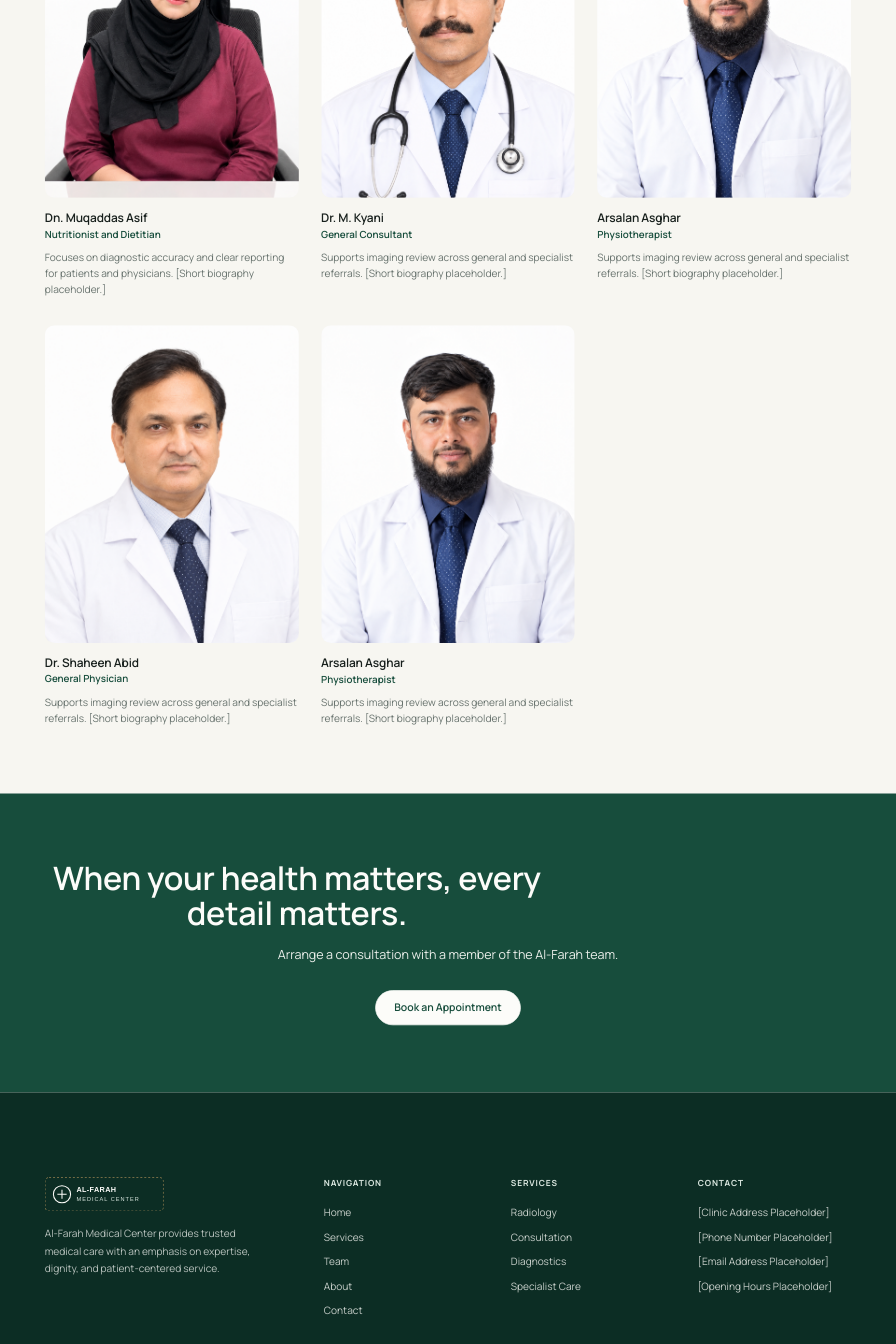
Repository: mraeesaziz45/al-farah
Page: team.html
These files come from the project's save history. The page is drawn as it stood at one moment and after a run of saves; the edit follows.
The browser window is 1280 px wide. The pictures show the part of the page from y = 3911 to 5831 px (the page is 5934 px tall), at 70% of full size.

Above is the page before, as saved 2026-09-08 18:08:04.

### team.html
<!DOCTYPE html>
<html lang="en">
<head>
<meta charset="UTF-8">
<meta name="viewport" content="width=device-width, initial-scale=1.0">
<title>Team — Al-Farah Medical Center</title>
<meta name="description" content="Meet the physicians and staff of Al-Farah Medical Center, led by our Founder and Director.">
<meta property="og:title" content="Team — Al-Farah Medical Center">
<meta property="og:description" content="The people behind the care.">
<meta property="og:type" content="website">
<link rel="preconnect" href="https://fonts.googleapis.com">
<link rel="preconnect" href="https://fonts.gstatic.com" crossorigin>
<link href="https://fonts.googleapis.com/css2?family=Manrope:wght@400;500;600;700&family=DM+Serif+Display:ital@0;1&display=swap" rel="stylesheet">
<link rel="stylesheet" href="css/style.css">
</head>
<body>
<a href="#main" class="skip-link">Skip to content</a>

<header class="site-header">
  <div class="container header-inner">
    <a href="index.html" class="logo-link">
      <img src="assets/logo/logo-placeholder.svg" alt="Al-Farah Medical Center" width="180" height="52">
    </a>
    <nav class="main-nav" aria-label="Primary">
      <a href="index.html">Home</a>
      <a href="services.html">Services</a>
      <a href="team.html" aria-current="page">Team</a>
      <a href="about.html">About</a>
      <a href="contact.html">Contact</a>
    </nav>
    <div class="header-actions">
      <a href="contact.html" class="btn btn-primary header-cta-desktop">Book an Appointment</a>
      <button class="menu-toggle" aria-expanded="false" aria-controls="mobileMenu" aria-label="Open menu">
        <span class="bar"></span>
      </button>
    </div>
  </div>
</header>

<div class="mobile-menu" id="mobileMenu">
  <div class="mobile-menu-top">
    <img src="assets/logo/logo-placeholder.svg" alt="Al-Farah Medical Center" width="150" height="44">
    <button class="mobile-menu-close" aria-label="Close menu">
      <svg viewBox="0 0 24 24" fill="none" stroke="currentColor" stroke-width="1.6"><line x1="5" y1="5" x2="19" y2="19"/><line x1="19" y1="5" x2="5" y2="19"/></svg>
    </button>
  </div>
  <nav class="mobile-nav" aria-label="Mobile">
    <a href="index.html">Home</a>
    <a href="services.html">Services</a>
    <a href="team.html" aria-current="page">Team</a>
    <a href="about.html">About</a>
    <a href="contact.html">Contact</a>
  </nav>
  <div class="mobile-menu-cta">
    <a href="contact.html" class="btn btn-primary">Book an Appointment</a>
  </div>
</div>

<main id="main">

  <section class="page-hero dark bg-forest-deep">
    <div class="container">
      <p class="eyebrow" data-reveal>Our People</p>
      <h1 class="page-heading h1" data-reveal>The people behind the care.</h1>
      <p class="body-lg" data-reveal>Al-Farah is led by a small team of physicians and support staff who work together across consultation, diagnostics, and follow-up.</p>
    </div>
  </section>

  <section class="bg-white">
    <div class="container">
      <div class="team-feature">
        <div class="team-feature-media" data-reveal>
          <img src="assets/images/team/director-2.png" alt="Portrait of the Director, placeholder photograph" width="1200" height="1600" loading="lazy" decoding="async">
        </div>
        <div class="team-feature-content" data-reveal>
          <p class="eyebrow">Leadership</p>
          <h2 class="h2">M. Raees Aziz</h2>
          <span class="team-feature-role">Founder &amp; Director</span>
          <p>Dr. [Director Name] founded Al-Farah Medical Center with the intention of building a clinic where diagnosis and consultation received equal care — one where patients leave with answers, not just appointments.</p>
          <p>[Placeholder biography — medical background, areas of focus, and professional history to be supplied by the clinic.]</p>
        </div>
      </div>
    </div>
  </section>

  <section class="bg-cream">
    <div class="container">
      <div class="section-head team-section-label" data-reveal>
        <p class="eyebrow">Senior Team</p>
        <h2 class="h2">Management & Staff.</h2>
      </div>
      <div class="team-grid" data-reveal-group>
        <div class="team-card" data-reveal>
          <div class="team-card-media">
            <img src="assets/images/team/hafiz-khushi.png" alt="Portrait placeholder for the clinic accountant" width="1000" height="1250" loading="lazy" decoding="async">
          </div>
          <h3 class="h4">Hafiz M. Khuhsi</h3>
          <span class="role">Head Manager</span>
          <p class="bio">Manages financial operations and billing for the center. [Short biography placeholder.]</p>
        </div>
        <div class="team-card" data-reveal>
          <div class="team-card-media">
            <img src="assets/images/team/benazir.png" alt="Portrait placeholder for a radiologist" width="1000" height="1250" loading="lazy" decoding="async">
          </div>
          <h3 class="h4">Benazir Aziz</h3>
          <span class="role">Accountant</span>
          <p class="bio">Reviews diagnostic imaging and coordinates findings with referring physicians. [Short biography placeholder.]</p>
        </div>
        <div class="team-card" data-reveal>
          <div class="team-card-media">
            <img src="assets/images/team/aneela-tabassum.png" alt="Portrait placeholder for a radiologist" width="1000" height="1250" loading="lazy" decoding="async">
          </div>
          <h3 class="h4">Anila Tabassum</h3>
          <span class="role">HR Manager</span>
          <p class="bio">Focuses on diagnostic accuracy and clear reporting for patients and physicians. [Short biography placeholder.]</p>
        </div>
        <div class="team-card" data-reveal>
          <div class="team-card-media">
            <img src="assets/images/team/abdul-isalm.png" alt="Portrait placeholder for a radiologist" width="1000" height="1250" loading="lazy" decoding="async">
          </div>
          <h3 class="h4">Abdul Islam</h3>
          <span class="role">Marketing Executive</span>
          <p class="bio">Supports imaging review across general and specialist referrals. [Short biography placeholder.]</p>
        </div>
        <div class="team-card" data-reveal>
          <div class="team-card-media">
            <img src="assets/images/team/sarfaraz-ahmad.png" alt="Portrait placeholder for a radiologist" width="1000" height="1250" loading="lazy" decoding="async">
          </div>
          <h3 class="h4">M. Sarfaraz Ahmad</h3>
          <span class="role">Marketing Manager</span>
          <p class="bio">Works closely with the laboratory and consultation teams on complex cases. [Short biography placeholder.]</p>
        </div>
      </div>
    </div>
  </section>

  <section class="bg-cream">
    <div class="container">
      <div class="section-head team-section-label" data-reveal>
        <p class="eyebrow">Our Doctors</p>
        <h2 class="h2">Consultants and Surgeons.</h2>
      </div>
      <div class="team-grid" data-reveal-group>
        <div class="team-card" data-reveal>
          <div class="team-card-media">
            <img src="assets/images/team/dr-raza-elahi.png" alt="Portrait placeholder for the clinic accountant" width="1000" height="1250" loading="lazy" decoding="async">
          </div>
          <h3 class="h4">Dr. Raza Elahi</h3>
          <span class="role">Senior Orthopedic Surgeon</span>
          <p class="bio">Manages financial operations and billing for the center. [Short biography placeholder.]</p>
        </div>
        <div class="team-card" data-reveal>
          <div class="team-card-media">
            <img src="assets/images/team/arsalan-ghori.png" alt="Portrait placeholder for a radiologist" width="1000" height="1250" loading="lazy" decoding="async">
          </div>
          <h3 class="h4">Dr. Arsalan Ghouri</h3>
          <span class="role">Orthopedic Surgeon</span>
          <p class="bio">Works closely with the laboratory and consultation teams on complex cases. [Short biography placeholder.]</p>
        </div>
        <div class="team-card" data-reveal>
          <div class="team-card-media">
            <img src="assets/images/team/dr-aslam.png" alt="Portrait placeholder for a radiologist" width="1000" height="1250" loading="lazy" decoding="async">
          </div>
          <h3 class="h4">Dr. M. Aslam</h3>
          <span class="role">General Surgeon</span>
          <p class="bio">Reviews diagnostic imaging and coordinates findings with referring physicians. [Short biography placeholder.]</p>
        </div>
        <div class="team-card" data-reveal>
          <div class="team-card-media">
            <img src="assets/images/team/muqaddas-asif.png" alt="Portrait placeholder for a radiologist" width="1000" height="1250" loading="lazy" decoding="async">
          </div>
          <h3 class="h4">Dn. Muqaddas Asif</h3>
          <span class="role">Nutritionist and Dietitian</span>
          <p class="bio">Focuses on diagnostic accuracy and clear reporting for patients and physicians. [Short biography placeholder.]</p>
        </div>
        <div class="team-card" data-reveal>
          <div class="team-card-media">
            <img src="assets/images/team/dr-kyani.png" alt="Portrait placeholder for a radiologist" width="1000" height="1250" loading="lazy" decoding="async">
          </div>
          <h3 class="h4">Dr. M. Kyani</h3>
          <span class="role">General Consultant</span>
          <p class="bio">Supports imaging review across general and specialist referrals. [Short biography placeholder.]</p>
        </div>
        <div class="team-card" data-reveal>
          <div class="team-card-media">
            <img src="assets/images/team/arsalan.png" alt="Portrait placeholder for a radiologist" width="1000" height="1250" loading="lazy" decoding="async">
          </div>
          <h3 class="h4">Arsalan Asghar</h3>
          <span class="role">Physiotherapist</span>
          <p class="bio">Supports imaging review across general and specialist referrals. [Short biography placeholder.]</p>
        </div>
        <div class="team-card" data-reveal>
          <div class="team-card-media">
            <img src="assets/images/team/dr-shaheen-abid.png" alt="Portrait placeholder for a radiologist" width="1000" height="1250" loading="lazy" decoding="async">
          </div>
          <h3 class="h4">Dr. Shaheen Abid</h3>
          <span class="role">General Physician</span>
          <p class="bio">Supports imaging review across general and specialist referrals. [Short biography placeholder.]</p>
        </div>
        <div class="team-card" data-reveal>
          <div class="team-card-media">
            <img src="assets/images/team/arsalan.png" alt="Portrait placeholder for a radiologist" width="1000" height="1250" loading="lazy" decoding="async">
          </div>
          <h3 class="h4">Arsalan Asghar</h3>
          <span class="role">Physiotherapist</span>
          <p class="bio">Supports imaging review across general and specialist referrals. [Short biography placeholder.]</p>
        </div>

      </div>
    </div>
  </section>

  <section class="cta-band bg-forest">
    <div class="container">
      <h2 class="h2" data-reveal>When your health matters, every detail matters.</h2>
      <p class="body-lg" data-reveal>Arrange a consultation with a member of the Al-Farah team.</p>
      <div class="cta-row" data-reveal>
        <a href="contact.html" class="btn btn-primary">Book an Appointment</a>
      </div>
    </div>
  </section>

</main>

<footer class="site-footer">
  <div class="container footer-grid">
    <div>
      <img src="assets/logo/logo-placeholder-light.svg" alt="Al-Farah Medical Center" class="footer-logo" width="170" height="50">
      <p class="footer-about">Al-Farah Medical Center provides trusted medical care with an emphasis on expertise, dignity, and patient-centered service.</p>
    </div>
    <div class="footer-col">
      <p class="footer-col-title">Navigation</p>
      <ul>
        <li><a href="index.html">Home</a></li>
        <li><a href="services.html">Services</a></li>
        <li><a href="team.html">Team</a></li>
        <li><a href="about.html">About</a></li>
        <li><a href="contact.html">Contact</a></li>
      </ul>
    </div>
    <div class="footer-col">
      <p class="footer-col-title">Services</p>
      <ul>
        <li><a href="services.html#radiology">Radiology</a></li>
        <li><a href="services.html#consultation">Consultation</a></li>
        <li><a href="services.html#laboratory">Diagnostics</a></li>
        <li><a href="services.html#specialist">Specialist Care</a></li>
      </ul>
    </div>
    <div class="footer-col">
      <p class="footer-col-title">Contact</p>
      <ul>
        <li>[Clinic Address Placeholder]</li>
        <li>[Phone Number Placeholder]</li>
        <li>[Email Address Placeholder]</li>
        <li>[Opening Hours Placeholder]</li>
      </ul>
    </div>
  </div>
  <div class="container footer-bottom">
    <p>&copy; 2026 Al-Farah Medical Center</p>
    <div class="footer-legal">
      <a href="#">Privacy Policy</a>
      <a href="#">Terms</a>
    </div>
  </div>
</footer>

<script src="js/main.js"></script>
</body>
</html>

Loaded but not shown: js/main.js (276 lines, source omitted); css/style.css (1057 lines, source omitted)

After the next 2 saves:
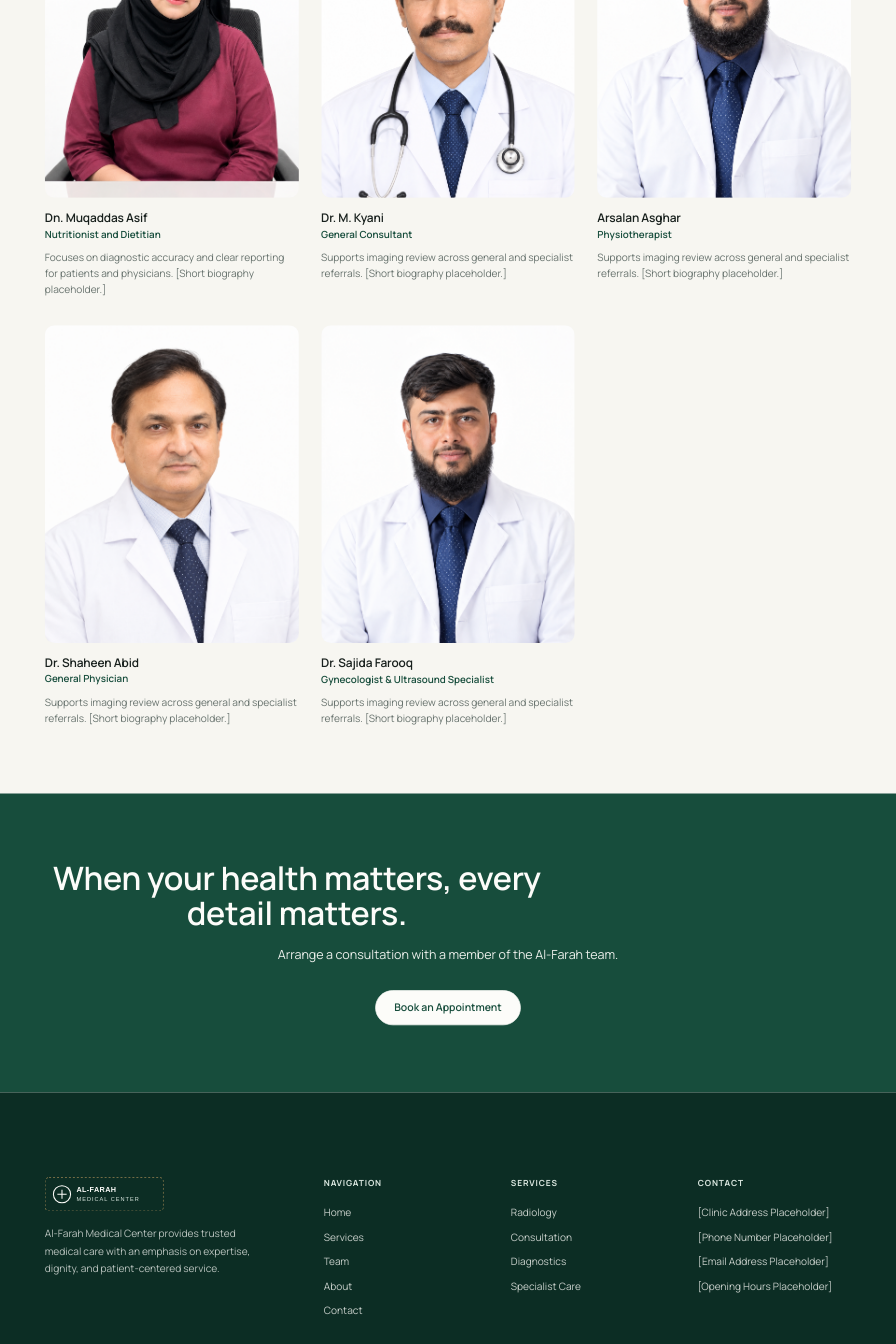
The 2 saves are shown as one change because they came seconds apart.
The last was saved 13 min 7 s later.
--- a/team.html
+++ b/team.html
@@ -201,8 +201,8 @@
           <div class="team-card-media">
             <img src="assets/images/team/arsalan.png" alt="Portrait placeholder for a radiologist" width="1000" height="1250" loading="lazy" decoding="async">
           </div>
-          <h3 class="h4">Arsalan Asghar</h3>
-          <span class="role">Physiotherapist</span>
+          <h3 class="h4">Dr. Sajida Farooq</h3>
+          <span class="role">Gynecologist &amp; Ultrasound Specialist</span>
           <p class="bio">Supports imaging review across general and specialist referrals. [Short biography placeholder.]</p>
         </div>
 
